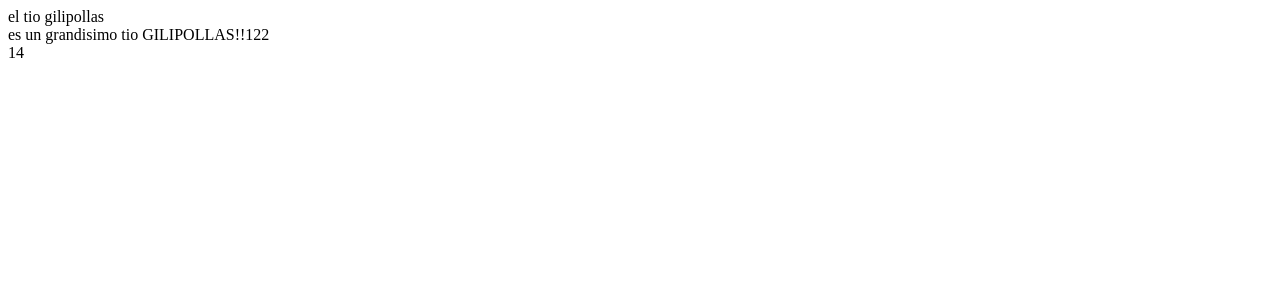
Repository: LionardoGomiz/CRUD-JS-VAINILLA
Page: http://localhost/gilipollas.php
These files come from the project's save history. The page is drawn as it stood at one moment and after the next save; the edit follows.
The browser window is 1280 px wide. The pictures show the whole page.
The page is run by PHP 8.4 with error messages shown; the project is at /var/www/html/.

Above is the page before, as saved 2021-08-13 20:20:27.

### gilipollas.php
<?php

$palabra = "el tio ";
$palabbra2 = "gilipollas";

echo ($palabra.$palabbra2);

$num1 = 12;
$num2 = 2;
echo "<br>";

if ($num1 == 8) {
    echo "ueted no es un gilipollas";
}else{
    echo "es un grandisimo tio GILIPOLLAS!!";
}

while ($num1 <= 12) {
        echo $num1++;
}do {
    echo $num2--."";
} while ($num2 >= 2);

echo "<br>";

echo ($num1+$num2);

After the next save:
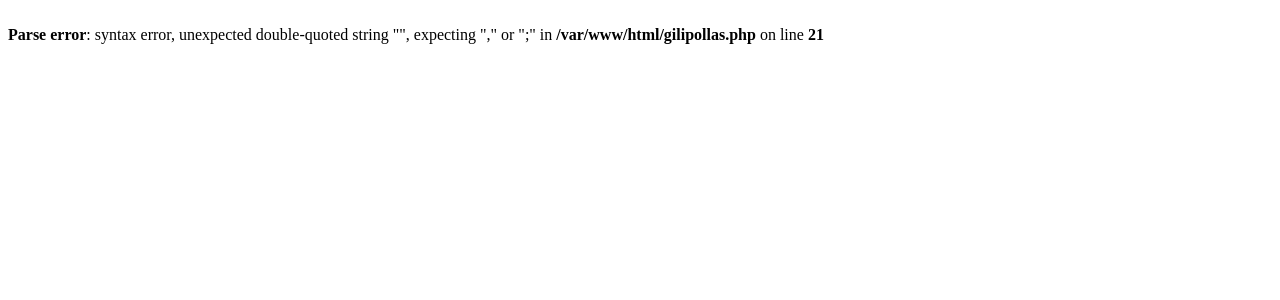
Saved 5 s later.
--- a/gilipollas.php
+++ b/gilipollas.php
@@ -18,7 +18,7 @@
 while ($num1 <= 12) {
         echo $num1++;
 }do {
-    echo $num2--."";
+    echo $num2--"";
 } while ($num2 >= 2);
 
 echo "<br>";

After the save that followed:
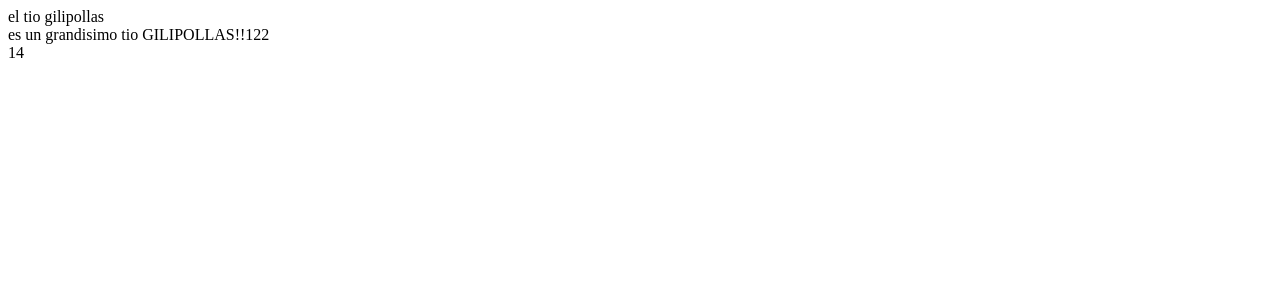
Saved 7 s later.
--- a/gilipollas.php
+++ b/gilipollas.php
@@ -18,7 +18,7 @@
 while ($num1 <= 12) {
         echo $num1++;
 }do {
-    echo $num2--"";
+    echo $num2--;
 } while ($num2 >= 2);
 
 echo "<br>";
